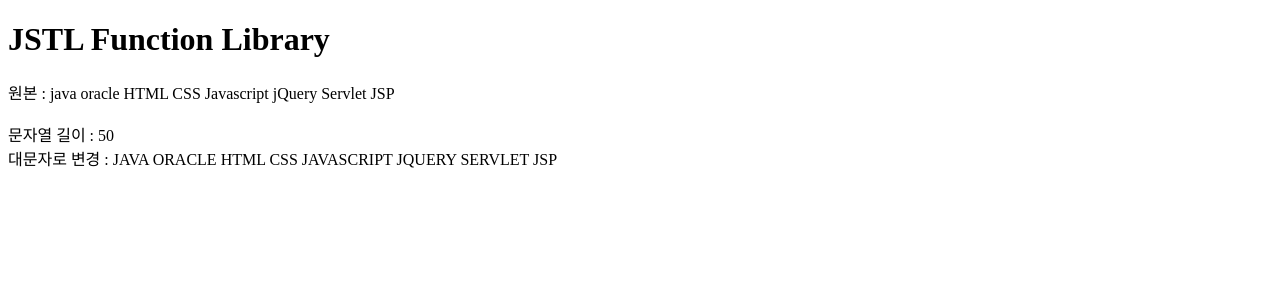
Repository: Parknogyung/Backend
Page: http://localhost/03_EL_JSTL/views/actiontag/jstl/function.jsp
An editor plug-in stored every save of this project. The page is shown before and after the next save, followed by the edit.
The browser window is 1280 px wide. The pictures show the whole page.
The page is served by Tomcat 9.

Above is the page before, as saved 2022-07-14 01:49:27.

After the next save:
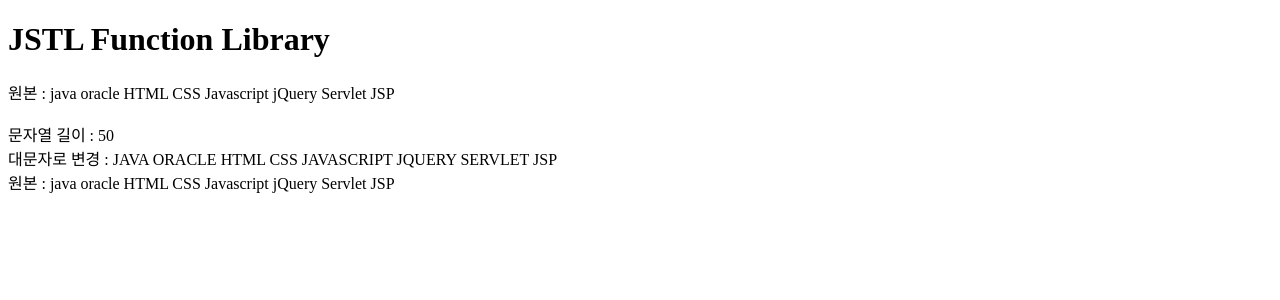
Saved 16 s later.
--- a/03_EL_JSTL/src/main/webapp/views/actiontag/jstl/function.jsp
+++ b/03_EL_JSTL/src/main/webapp/views/actiontag/jstl/function.jsp
@@ -19,5 +19,6 @@
 	문자열 길이 : ${fn:length(str) } <br>
 	대문자로 변경 : ${fn:toUpperCase(str) } <br>
 
+	원본 : ${str } <br> <br>
 </body>
 </html>
